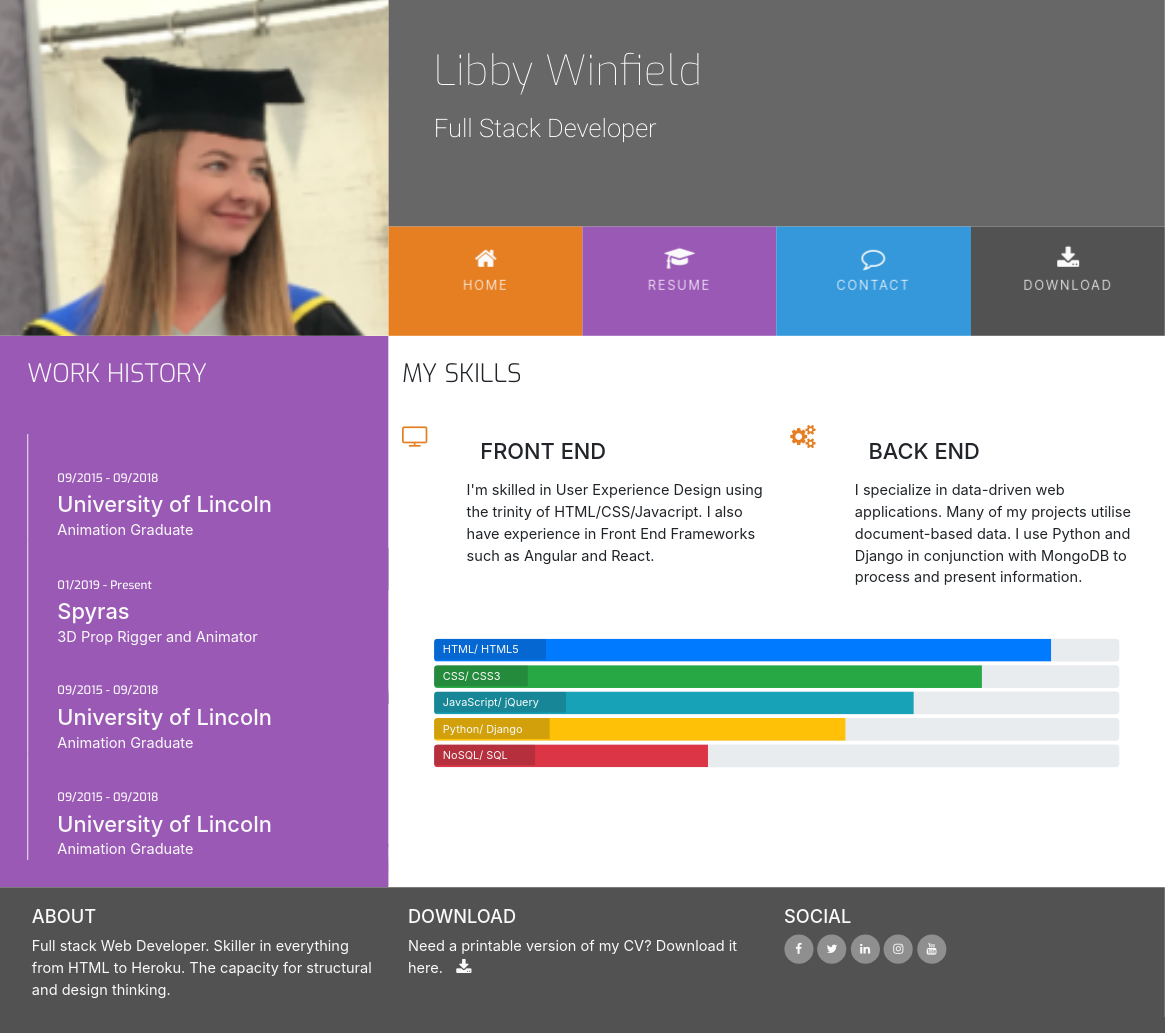
Repository: LibbyWin/CV
Page: resume.html
The author's editor kept a record of every edit. The page is drawn from the files as they stood at one moment, then again after the next edit.
The browser window is 1280 px wide. The pictures show the whole page, at 91% of full size.

Above is the page before.

After the next edit:
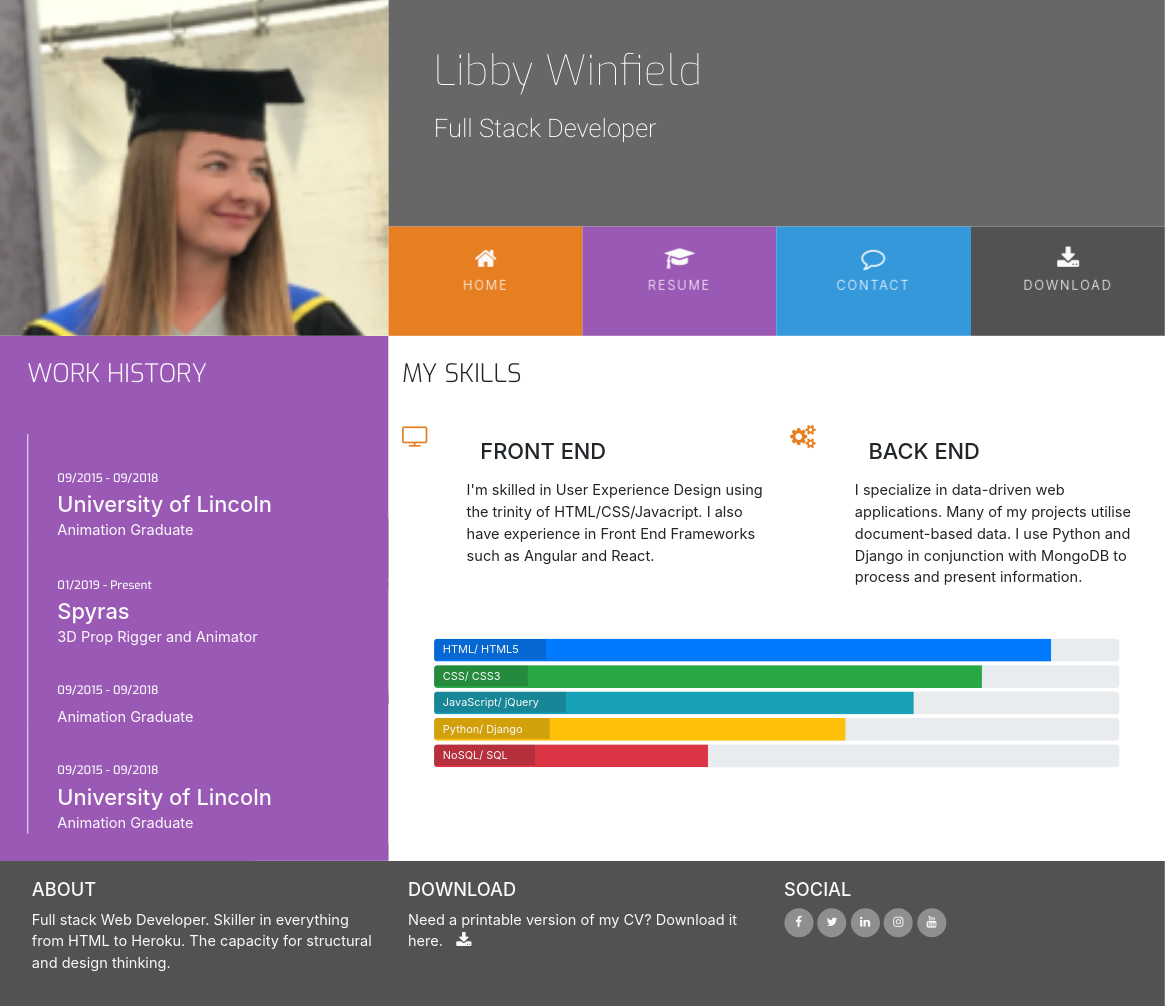
The edit:
--- a/resume.html
+++ b/resume.html
@@ -73,7 +73,7 @@
                 </div>
 
                 <div class="timeline-item" data-dates="09/2015 - 09/2018">
-                    <h4>University of Lincoln</h4>
+                    <h4></h4>
                     <p>Animation Graduate</p>
                 </div>
                 <div class="timeline-item" data-dates="09/2015 - 09/2018">
